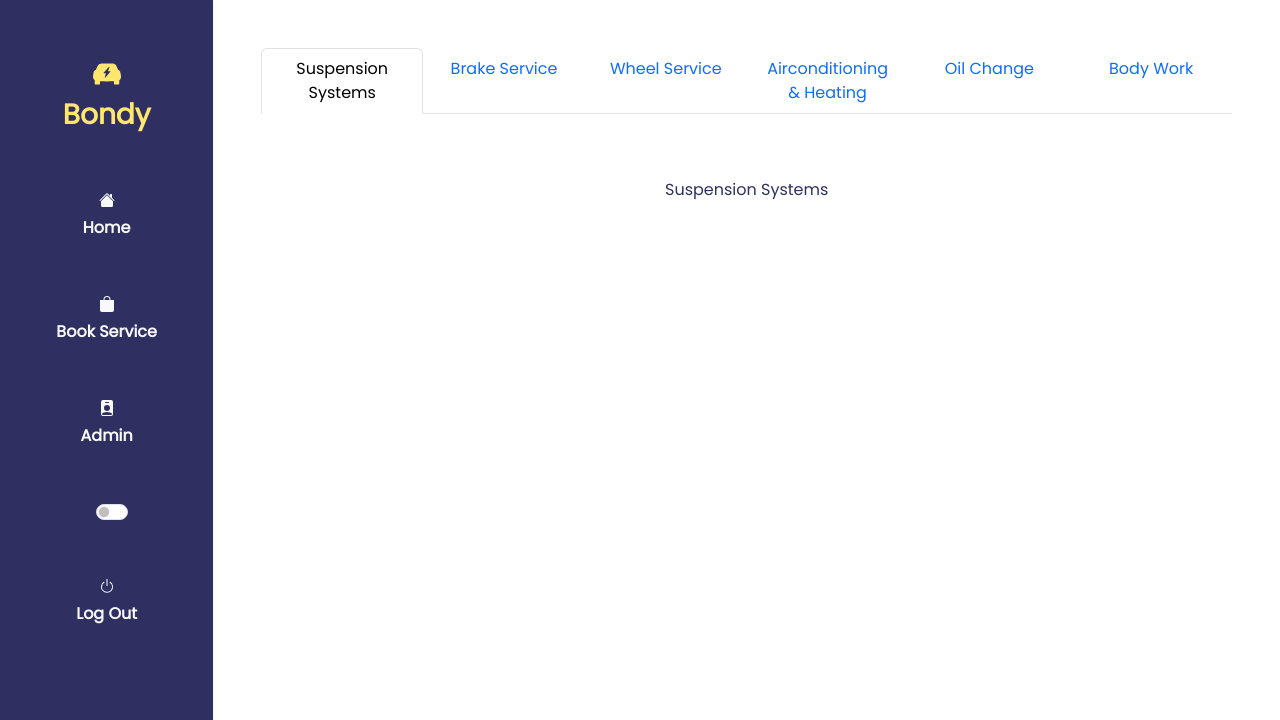
Repository: duzzisantos/bondy
Page: /book-service
These files come from the project's save history. The page is drawn as it stood at one moment and after the next save; the edit follows.
The browser window is 1280 px wide. The pictures show the whole page.
Some web libraries are served in a nearby version. The project was rebuilt for these pictures with package versions that can differ from the ones it lists, and the page was loaded fresh each time. Also part of the build but not shown: src/components/Home/LandingPage.scss, src/components/Home/LandingPageScrollContainer.tsx, src/components/Home/TrendingServices.tsx, src/views/LandingPage.tsx, src/components/Services/ServiceTemplate.tsx, src/views/Services.tsx.

Above is the page before, as saved 2023-06-25 15:26:25.

### public/index.html
<!DOCTYPE html>
<html lang="en">
  <head>
    <meta charset="utf-8" />
    <link rel="icon" href="%PUBLIC_URL%/favicon.ico" />
    <meta name="viewport" content="width=device-width, initial-scale=1" />
    <meta name="theme-color" content="#000000" />
    <meta
      name="description"
      content="Web site created using create-react-app"
    />
    <link rel="apple-touch-icon" href="%PUBLIC_URL%/logo192.png" />
    <!-- Option 1: Include in HTML -->
    <link
      rel="stylesheet"
      href="https://cdn.jsdelivr.net/npm/bootstrap-icons@1.3.0/font/bootstrap-icons.css"
    />
    <link rel="preconnect" href="https://fonts.googleapis.com" />
    <link rel="preconnect" href="https://fonts.gstatic.com" crossorigin />
    <!--
      manifest.json provides metadata used when your web app is installed on a
      user's mobile device or desktop. See https://developers.google.com/web/fundamentals/web-app-manifest/
    -->
    <link rel="manifest" href="%PUBLIC_URL%/manifest.json" />
    <!--
      Notice the use of %PUBLIC_URL% in the tags above.
      It will be replaced with the URL of the `public` folder during the build.
      Only files inside the `public` folder can be referenced from the HTML.

      Unlike "/favicon.ico" or "favicon.ico", "%PUBLIC_URL%/favicon.ico" will
      work correctly both with client-side routing and a non-root public URL.
      Learn how to configure a non-root public URL by running `npm run build`.
    -->
    <title>Bondy</title>
  </head>
  <body>
    <noscript>You need to enable JavaScript to run this app.</noscript>
    <div id="root"></div>
    <!--
      This HTML file is a template.
      If you open it directly in the browser, you will see an empty page.

      You can add webfonts, meta tags, or analytics to this file.
      The build step will place the bundled scripts into the <body> tag.

      To begin the development, run `npm start` or `yarn start`.
      To create a production bundle, use `npm run build` or `yarn build`.
    -->
  </body>
</html>

### src/index.js
import React from "react";
import ReactDOM from "react-dom/client";
import "./index.css";
import App from "./App";
import "bootstrap/dist/css/bootstrap.min.css";
import { BrowserRouter as Router } from "react-router-dom";

const root = ReactDOM.createRoot(document.getElementById("root"));
root.render(
  <React.StrictMode>
    <Router>
      <App />
    </Router>
  </React.StrictMode>
);

### src/App.js
import "./App.css";
import "bootstrap";
import SideBar from "./components/Navigation/SideBar";
import { Routes, Route } from "react-router-dom";
import LandingPage from "./views/LandingPage";
import Services from "./views/Services";
import BookService from "./views/BookService";
function App() {
  return (
    <div className="App d-flex flex-row flex-nowrap vh-100">
      <SideBar />
      <main className="col-12 ms-auto d-flex flex-column vh-100">
        <Routes>
          <Route path="/" element={<LandingPage />} />
          <Route path="/home" element={<LandingPage />} />
          <Route path="services/:category" element={<Services />} />
          <Route path="book-service" element={<BookService />} />
        </Routes>
      </main>
    </div>
  );
}

export default App;

### src/App.css
@import url("https://fonts.googleapis.com/css2?family=Cabin&family=Montserrat:wght@200&family=Poppins&display=swap");

* {
  font-family: "Poppins", sans-serif;
}
.App {
  text-align: center;
}

.custom-color {
  color: #2f3061 !important;
}

.custom-bg-color {
  background-color: #2f3061;
}

.custom-border {
  border: 1px solid #2f3061;
}

.custom-border-5 {
  border-right-style: solid !important;
  border-right-width: 8px !important;
  border-right-color: #2f3061 !important;
}

.image-height {
  height: fit-content;
  width: fit-content;
}

### src/components/Navigation/SideBar.tsx
import React, { FunctionComponent, useState } from "react";
import "react-bootstrap";
import "../../App.css";
import "./Navigation.scss";
import { Link } from "react-router-dom";
import {
  HouseFill,
  BagFill,
  PersonBadgeFill,
  Power,
  EvFrontFill,
  // MenuButtonWideFill,
  SunFill,
  MoonFill,
} from "react-bootstrap-icons";

const SideBar: FunctionComponent = () => {
  //Refactor this
  const [hoverHome, setHoverHome] = useState(false);
  // const [hoverServices, setHoverServices] = useState(false);
  const [hoverBookService, setHoverBookService] = useState(false);
  const [hoverAdmin, setHoverAdmin] = useState(false);
  const [hoverLogout, setHoverLogout] = useState(false);

  const commonLinkClasses = `d-flex flex-column justify-content-center align-items-center p-1 gap-2 brand-icon-color
   text-decoration-none fw-bold`;

  return (
    <div className="col-2 vh-100 custom-bg-color shadow-sm p-5 text-light d-flex flex-column vstack gap-5 sidebar-fixed">
      <Link to={"/"} className={commonLinkClasses + " fs-3"}>
        <span>
          <EvFrontFill className="brand-icon-color" /> Bondy
        </span>
      </Link>
      <Link
        to={"/home"}
        id="home"
        className={`d-flex flex-column justify-content-center align-items-center p-1 gap-2 text-decoration-none fw-bold ${
          hoverHome ? "brand-icon-color" : "text-light"
        }`}
        onMouseEnter={() => setHoverHome(true)}
        onMouseLeave={() => setHoverHome(false)}
        title="Home"
      >
        <HouseFill />
        Home
      </Link>

      <Link
        to={"/book-service"}
        id="book-service"
        className={`d-flex flex-column justify-content-center align-items-center p-1 gap-2 text-decoration-none fw-bold ${
          hoverBookService ? "brand-icon-color" : "text-light"
        }`}
        onMouseEnter={() => setHoverBookService(true)}
        onMouseLeave={() => setHoverBookService(false)}
        title="Book Service"
      >
        <BagFill />
        Book Service
      </Link>

      <Link
        to={"/admin"}
        id="admin"
        className={`d-flex flex-column justify-content-center align-items-center p-1 gap-2 text-decoration-none fw-bold ${
          hoverAdmin ? "brand-icon-color" : "text-light"
        }`}
        onMouseEnter={() => setHoverAdmin(true)}
        onMouseLeave={() => setHoverAdmin(false)}
        title="Admin"
      >
        <PersonBadgeFill />
        Admin
      </Link>

      <div className="form-check form-switch px-5 d-flex flex-row flex-nowrap">
        <SunFill className="mx-auto mt-1" />
        <input
          className="form-check-input mx-auto"
          type="checkbox"
          role="switch"
          id="flexSwitchCheckChecked"
          title="Switch display mode"
        />
        <MoonFill className="mx-auto mt-1" />
      </div>

      <Link
        to={"/logout"}
        id="logout"
        className={`d-flex flex-column justify-content-center align-items-center p-1 gap-2 text-decoration-none fw-bold ${
          hoverLogout ? "brand-icon-color" : "text-light"
        }`}
        onMouseEnter={() => setHoverLogout(true)}
        onMouseLeave={() => setHoverLogout(false)}
        title="Logout"
      >
        <Power />
        Log Out
      </Link>
    </div>
  );
};

export default SideBar;

### src/views/BookService.tsx
import React, { FunctionComponent } from "react";
import { Tabs, Tab } from "react-bootstrap";
import { mockServiceData } from "src/data/mockData";
const BookService: FunctionComponent = () => {
  return (
    <div className="col-10 px-5 pt-5 py-5 ms-auto vh-100 vstack gap-5 d-flex flex-column custom-color">
      <Tabs justify className="mb-3 fs-6 custom-color">
        {mockServiceData.map((element, index) => (
          <Tab
            key={index}
            eventKey={`${element.category.toLowerCase()}`}
            title={element.category}
          >
            {element.category}
          </Tab>
        ))}
      </Tabs>
    </div>
  );
};

export default BookService;

### src/components/Navigation/Navigation.scss
.brand-icon-color {
  color: #ffe66d !important;
}

.sidebar-fixed {
  position: fixed !important;
}

### src/components/Home/landingPageContent.tsx
import React from "react";
import {
  Gear,
  GearWideConnected,
  WrenchAdjustableCircleFill,
  Fan,
  DropletHalf,
  CarFrontFill,
} from "react-bootstrap-icons";
export const servicesList = [
  {
    id: 1,
    category: "Suspension Systems",
    icon: <Gear />,
  },
  {
    id: 2,
    category: "Brake Service",
    icon: <GearWideConnected />,
  },
  {
    id: 3,
    category: "Wheel Service",
    icon: <WrenchAdjustableCircleFill />,
  },
  {
    id: 4,
    category: "Airconditioning & Heating",
    icon: <Fan />,
  },
  {
    id: 5,
    category: "Oil Change",
    icon: <DropletHalf />,
  },
  {
    id: 6,
    category: "Body Work",
    icon: <CarFrontFill />,
  },
];

### src/data/mockData.ts
type Mockdata = {
  category: string;
  description: string;
  contactPerson: any;
  images: any[];
};

export const mockServiceData: Mockdata[] = [
  {
    category: "Suspension Systems",
    description:
      "Improve your vehicle's stability and handling with our professional suspension system services. Our skilled technicians will ensure your suspension is properly tuned and aligned, providing you with a smooth and comfortable ride on any road. Contact us today to schedule an appointment!",
    contactPerson: {
      name: "John Doe",
      email: "john.doe@bondy-shop.net",
      fax: "0099887766",
    },
    images: [
      {
        link: "data:[embedded picture, 15335 characters]",
      },
      {
        link: "data:[embedded picture, 11971 characters]",
      },
      {
        link: "data:[embedded picture, 14759 characters]",
      },
      {
        link: "data:[embedded picture, 14759 characters]",
      },
    ],
  },
  {
    category: "Brake Service",
    description:
      "Ensure your safety on the road by maintaining reliable brakes. Our experienced mechanics offer comprehensive brake services, including inspections, repairs, and replacements. Don't compromise on braking performance. Reach out to our team today!",
    contactPerson: {
      name: "John Appleseed",
      email: "john.appleseed@bondy-shop.net",
      fax: "0099887766",
    },
    images: [
      {
        link: "data:[embedded picture, 9691 characters]",
      },
      {
        link: "https://encrypted-tbn0.gstatic.com/images?q=tbn:ANd9GcT0gPAwpGIxBheY71yRWmmRxI0R_JWL3elfJA&usqp=CAU",
      },
      {
        link: "https://encrypted-tbn0.gstatic.com/images?q=tbn:ANd9GcQpTpLkB-wcm8bVOOCUjNWxcLhslEygc0F4SQ&usqp=CAU",
      },
      {
        link: "https://encrypted-tbn0.gstatic.com/images?q=tbn:ANd9GcS7B5752ThTWUqTD9ojL736W_MmtrOqJzZigjK2ykyVyIdXmxxuG062OSKb21H3PUIszcE&usqp=CAU",
      },
    ],
  },
  {
    category: "Wheel Service",
    description:
      "Experience improved handling and extended tire life with our professional wheel services. From wheel alignment to tire rotation, our technicians will ensure your wheels are in optimal condition. Get in touch with us now for top-notch wheel service!",
    contactPerson: {
      name: "Tracy Wallis",
      email: "tracy.wallis@bondy-shop.net",
      fax: "0099882266",
    },
    images: [
      {
        link: "data:[embedded picture, 12847 characters]",
      },
      {
        link: "data:[embedded picture, 9703 characters]",
      },
      {
        link: "https://encrypted-tbn0.gstatic.com/images?q=tbn:ANd9GcQaWgpKXJWWJMNxyWTHBldc0A2McFDZTZiD_A&usqp=CAU",
      },
      {
        link: "data:[embedded picture, 11635 characters]",
      },
    ],
  },
  {
    category: "Airconditioning & Heating",
    description:
      "Stay comfortable in any weather with our reliable A/C and heating services. Whether it's repairing your air conditioning system or ensuring your heating is working efficiently, our experts have you covered. Contact us today and enjoy a pleasant driving experience!",
    contactPerson: {
      name: "Ekene Olisa",
      email: "ekene.olisa@bondy-shop.net",
      fax: "0099882266",
    },
    images: [
      {
        link: "https://encrypted-tbn0.gstatic.com/images?q=tbn:ANd9GcR3qT08rB2rXOjC3oQ20Ntryrq4xjUyRf3FObIcIRwS_n3qZnJbinZqUyQbtRkV0gXKPyc&usqp=CAU",
      },
      {
        link: "data:[embedded picture, 11699 characters]",
      },
      {
        link: "https://encrypted-tbn0.gstatic.com/images?q=tbn:ANd9GcQLC1pgYQxu5VTfpPUt2QFXQGFb8zRuRp2LR4Bxb00g63Ke3Jwc4KSCI-0iVZf4_k_n9Dc&usqp=CAU",
      },
      {
        link: "https://encrypted-tbn0.gstatic.com/images?q=tbn:ANd9GcRNjd4HJj0lEOeZu-f3T8s1ry-KS_1rUosgTA&usqp=CAU",
      },
    ],
  },
  {
    category: "Oil Change",
    description:
      "Maintain your engine's performance with our quick and efficient oil change service. Our skilled technicians will replace your old oil with high-quality lubricants, ensuring optimal engine function. Don't neglect this essential maintenance task. Visit us today!",
    contactPerson: {
      name: "Obinna Duru",
      email: "obinna.duru@bondy-shop.net",
      fax: "0099882266",
    },
    images: [
      {
        link: "data:[embedded picture, 11747 characters]",
      },
      {
        link: "https://encrypted-tbn0.gstatic.com/images?q=tbn:ANd9GcTwVtYiu9dIxaeqwPnZTnIPSYLYPtnAoV7nEg&usqp=CAU",
      },
      {
        link: "https://encrypted-tbn0.gstatic.com/images?q=tbn:ANd9GcR6bklbDJEUkqi58MQCfsBcIx8dWo8wNezHMg&usqp=CAU",
      },
      {
        link: "https://encrypted-tbn0.gstatic.com/images?q=tbn:ANd9GcTQFEl0Sa_h9Yl5KELgGxtqDLDgbaS3F-UlYg&usqp=CAU",
      },
    ],
  },
  {
    category: "Body Work",
    description:
      "Restore your vehicle's appearance to its former glory with our top-notch body repair services. From minor dents to major collision repairs, our expert technicians will skillfully restore your vehicle. Trust us to deliver exceptional results. Contact us for a consultation!",
    contactPerson: {
      name: "Emily Okafor",
      email: "emily.okafor@bondy-shop.net",
      fax: "0099882266",
    },
    images: [
      {
        link: "data:[embedded picture, 12547 characters]",
      },
      {
        link: "data:[embedded picture, 10815 characters]",
      },
      {
        link: "data:[embedded picture, 11667 characters]",
      },
      {
        link: "data:[embedded picture, 10083 characters]",
      },
    ],
  },
];

Loaded but not shown: src/index.css (common file)

After the next save:
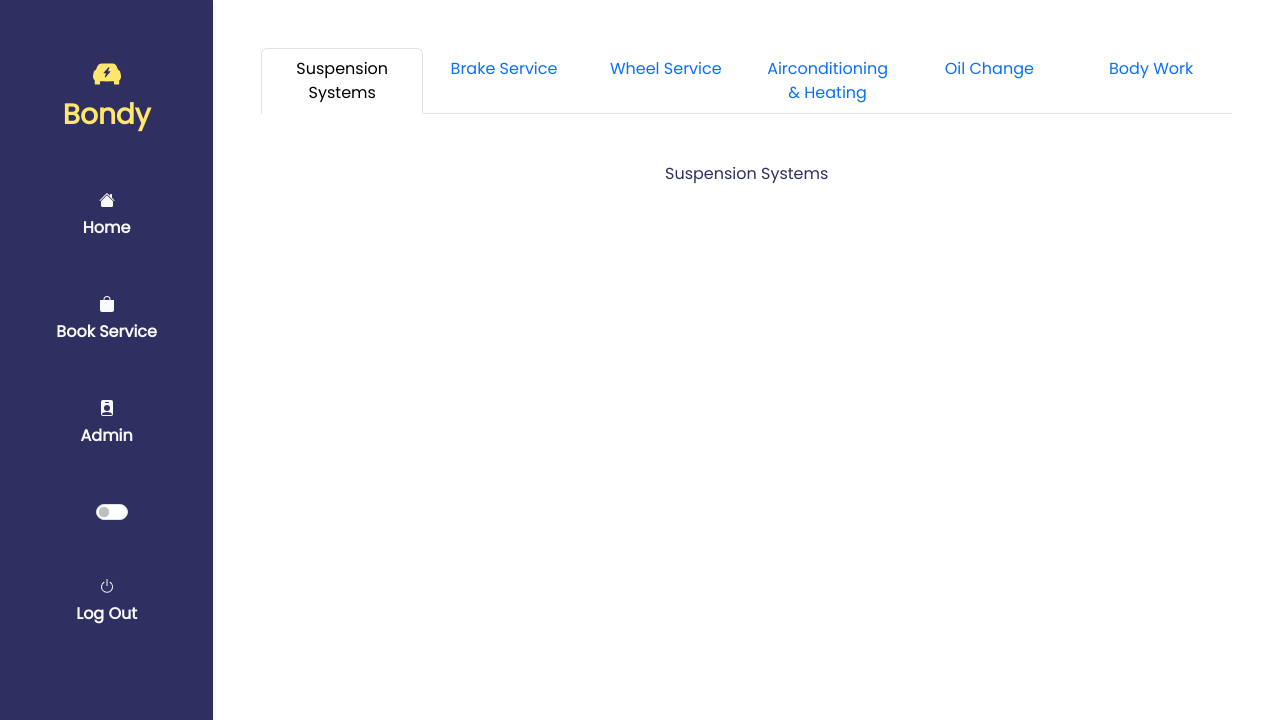
Saved 24 s later.
--- a/src/views/BookService.tsx
+++ b/src/views/BookService.tsx
@@ -4,7 +4,7 @@ import { mockServiceData } from "src/data/mockData";
 const BookService: FunctionComponent = () => {
   return (
     <div className="col-10 px-5 pt-5 py-5 ms-auto vh-100 vstack gap-5 d-flex flex-column custom-color">
-      <Tabs justify className="mb-3 fs-6 custom-color">
+      <Tabs justify className=" fs-6 custom-color">
         {mockServiceData.map((element, index) => (
           <Tab
             key={index}
